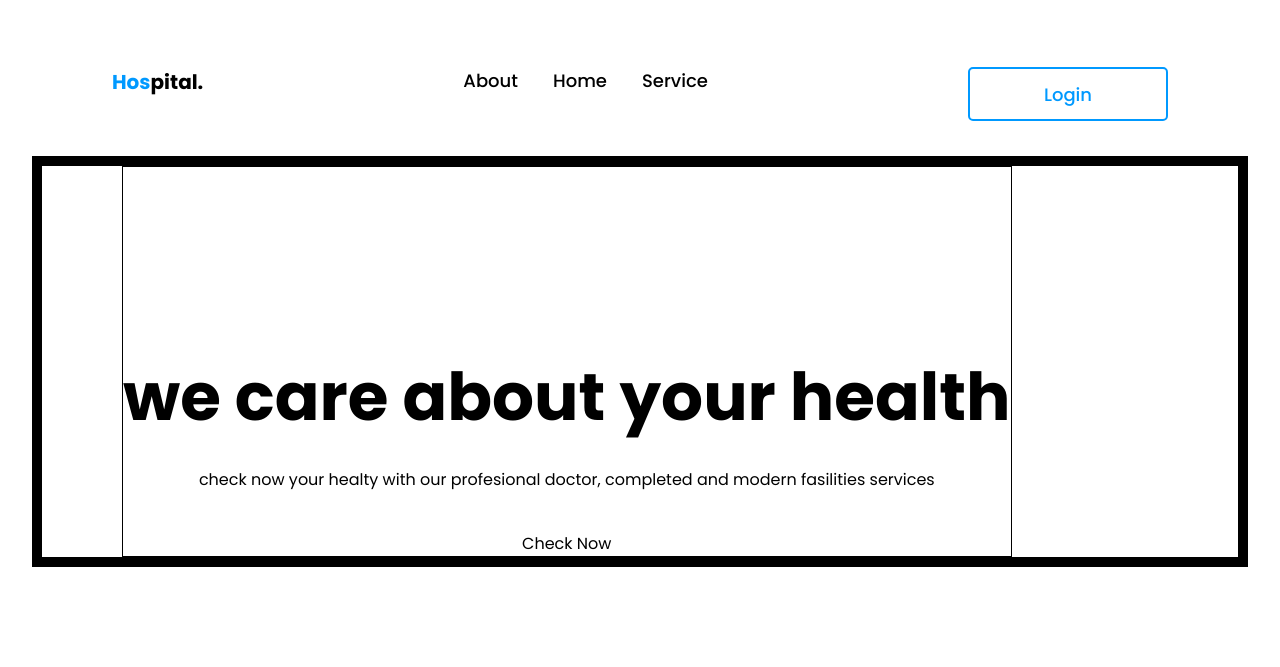
Repository: Chadi2000/hospital-app
Page: /
An editor plug-in stored every save of this project. The page is shown before and after the next save, followed by the edit.
The browser window is 1280 px wide. The pictures show the whole page.
The project was rebuilt for these pictures with package versions that can differ from the ones it lists, and the page was loaded fresh each time. Also part of the build but not shown: vite.config.js.

Above is the page before, as saved 2024-08-03 17:54:06.

### src/App.jsx
import './App.css'
import Header from './components/Header'
import Navbar from './components/Navbar'

function App() {

  return (
    <div className='flex flex-col'>
      <Navbar />
      <Header />
    </div>
  )
}

export default App

### src/index.css
@import url('https://fonts.googleapis.com/css2?family=Poppins:ital,wght@0,100;0,200;0,300;0,400;0,500;0,600;0,700;0,800;0,900;1,100;1,200;1,300;1,400;1,500;1,600;1,700;1,800;1,900&display=swap');

@tailwind base;
@tailwind components;
@tailwind utilities;

body{
  font-family: "Poppins", sans-serif;;
}

### src/components/Header.jsx
import Doctor from '../assets/doctor1.png'

const Header = () => {
  return (
    <div className='flex px-[80px] border-[10px]'>

      <div className='flex flex-col justify-start gap-10 border-[1px] pt-[200px]'>
        <h1 className='text-[66px] font-bold leading-[61px]'>we care about your health</h1>
        <p>check now your healty with our profesional doctor, completed and modern fasilities services</p>
        <div>Check Now</div>
      </div>

      <div className='relative flex items-center'>
        <div className='absolute'>
            <img src={Doctor} alt="doctor" />
        </div>
      </div>

    </div>
  )
}

export default Header

### src/components/Navbar.jsx

const Navbar = () => {
  return (
    <div className="flex justify-between py-[35px] px-[80px] ">

      <div className="flex text-[20px] font-bold leading-[30px] cursor-pointer">
        <div className="text-btn">Hos</div>
        <div className="text-black">pital.</div>
      </div>

        <ul className="flex gap-[35px] justify-between font-medium text-[18px] leading-[27px]">
            <li className="cursor-pointer">About</li>
            <li className="cursor-pointer">Home</li>
            <li className="cursor-pointer">Service</li>
        </ul>


      <div className="flex justify-center items-center w-[200px] h-[54px] text-btn border-btn border-[2px] cursor-pointer rounded-[5px]
      font-medium  text-[18px] leading-[27px]">
        Login
      </div>

    </div>
  )
}

export default Navbar

### tailwind.config.js
/** @type {import('tailwindcss').Config} */
export default {
  content: [
    "./index.html",
    "./src/**/*.{js,ts,jsx,tsx}",
  ],
  theme: {
    extend: {},
    textColor:{
      btn: '#0099FF',
    },
    backgroundColor:{
      btn: '#0099FF',
    },
    fontFamily:{
      abc:["Poppins","sans-serif"]
    },
    borderColor:{
      btn: '#0099FF',
    }
  },
  plugins: [],
}

Loaded but not shown: index.html (common file); src/main.jsx (common file); src/App.css (common file)

After the next save:
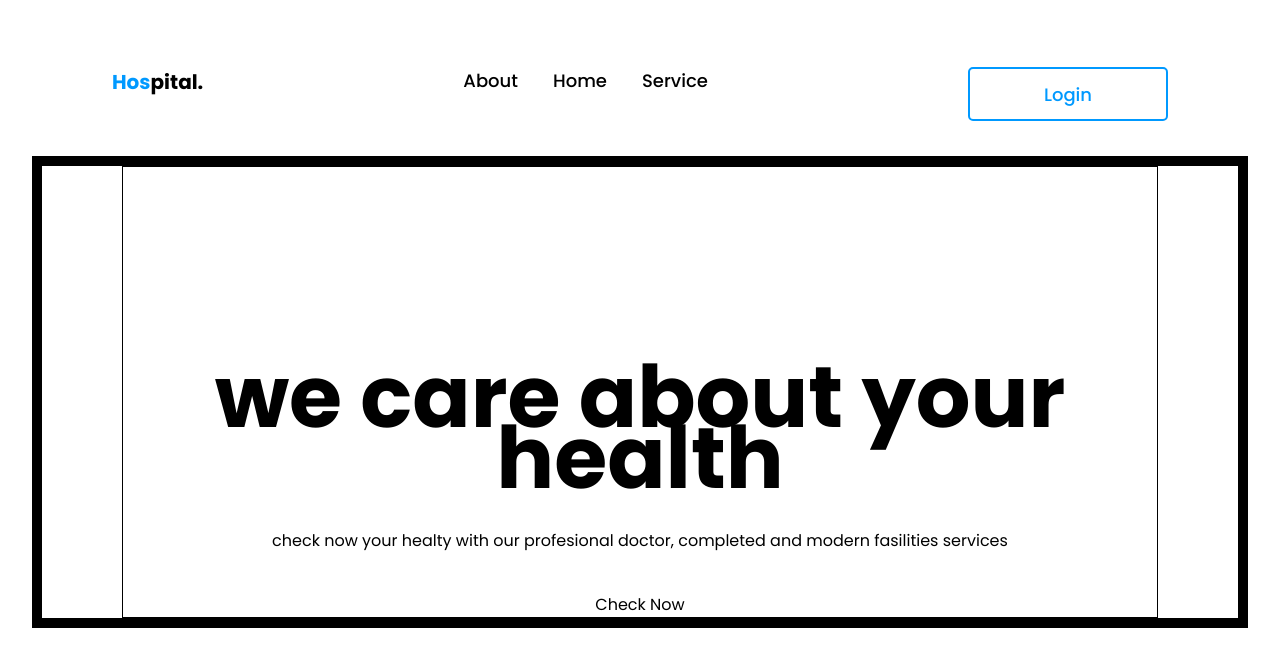
Saved 11 s later.
--- a/src/components/Header.jsx
+++ b/src/components/Header.jsx
@@ -5,7 +5,7 @@ const Header = () => {
     <div className='flex px-[80px] border-[10px]'>
 
       <div className='flex flex-col justify-start gap-10 border-[1px] pt-[200px]'>
-        <h1 className='text-[66px] font-bold leading-[61px]'>we care about your health</h1>
+        <h1 className='text-[86px] font-bold leading-[61px]'>we care about your health</h1>
         <p>check now your healty with our profesional doctor, completed and modern fasilities services</p>
         <div>Check Now</div>
       </div>
